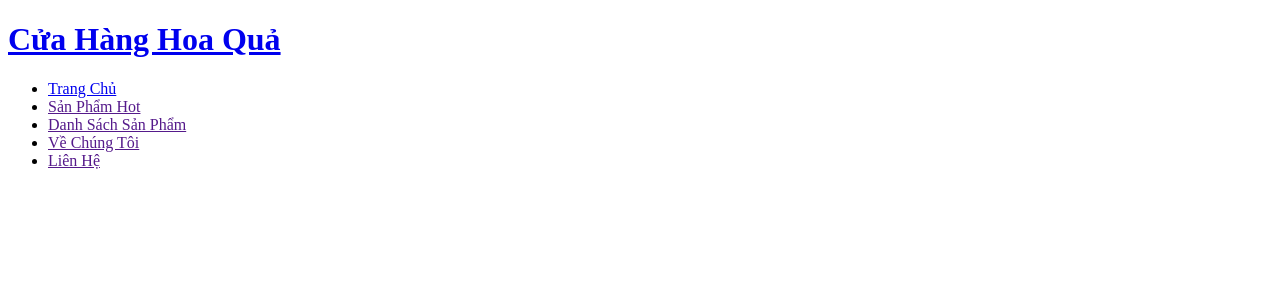
Repository: kieuduc123/HoaQua
Page: index.html
An editor plug-in stored every save of this project. The page is shown before and after the next save, followed by the edit.
The browser window is 1280 px wide. The page is 1288 px wide, then 1280 px, so the pictures cover 1288 px, including what lies to the right of the window. The pictures show the whole page.

Above is the page before, as saved 2023-11-29 20:50:33.

### index.html
<!DOCTYPE html>
<html lang="en">
<head>
    <meta charset="UTF-8">
    <meta name="viewport" content="width=device-width, initial-scale=1.0">
    <link rel="stylesheet" href="./asset/style.css">
    <title>Cửa Hàng Hoa Quả</title>
</head>
<body>
    <div class="container">
        <div class="header">
            <div class="d">
                <h1><a href="#">Cửa Hàng Hoa Quả</a></h1>
            </div>
        <div class="nav">
            <ul>
                <li><a href="#">Trang Chủ</a></li>
                <li><a href="">Sản Phẩm Hot</a></li>
                <li><a href="">Danh Sách Sản Phẩm</a></li>
                <li><a href="">Về Chúng Tôi</a></li>
                <li><a href="">Liên Hệ</a></li>
            </ul>
        </div>
        </div>
    </div>

</body>
</html>

### asset/style.css
.container {
    width : 1280px;
}

After the next save:
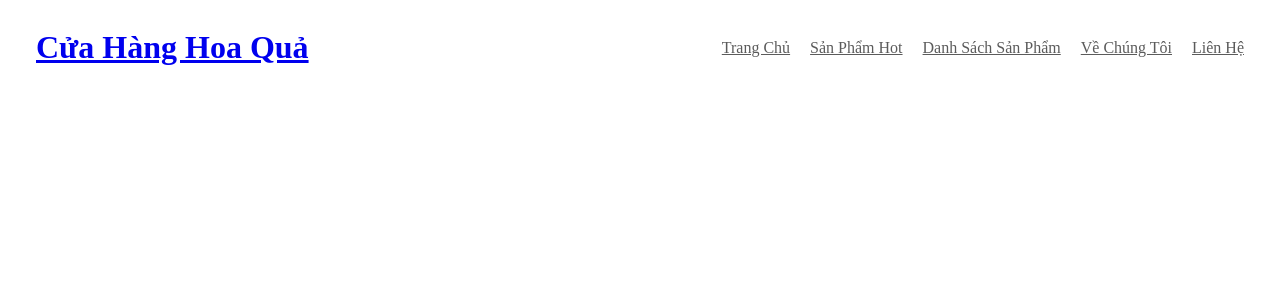
Saved 7 min 23 s later.
--- a/asset/style.css
+++ b/asset/style.css
@@ -1,3 +1,23 @@
+
 .container {
-    width : 1280px;
+    margin: 0 auto;
+    width: 1208px;
 }
+.header {
+    display: flex;
+    justify-content: space-between;
+    align-items: center;
+}
+.header ul{
+    display: flex;
+    justify-content: center;
+    align-items: center;
+}
+.header li{
+    padding-left: 20px;
+     list-style: none;
+}
+.header li a {
+    color: #5b5b5b;
+    font-size: 16px;
+}
